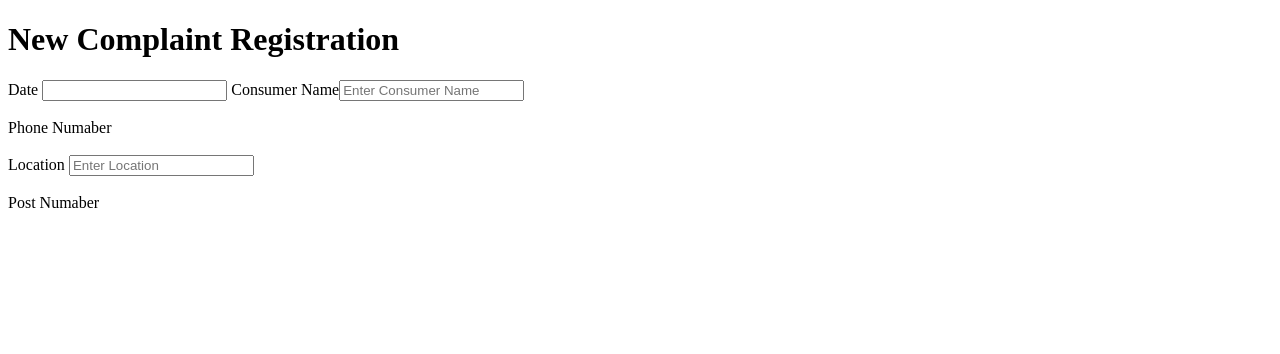
Repository: Jobinte/KSEB-PROJECT
Page: KSEB-complaint-management/WebContent/complaintRegistration.html
These files come from the project's save history. The page is drawn as it stood at one moment and after the next save; the edit follows.
The browser window is 1280 px wide. The pictures show the whole page.

Above is the page before, as saved 2023-11-22 02:59:00.
Not found: KSEB-complaint-management/WebContent/css/complaintReg.css

After the next save:
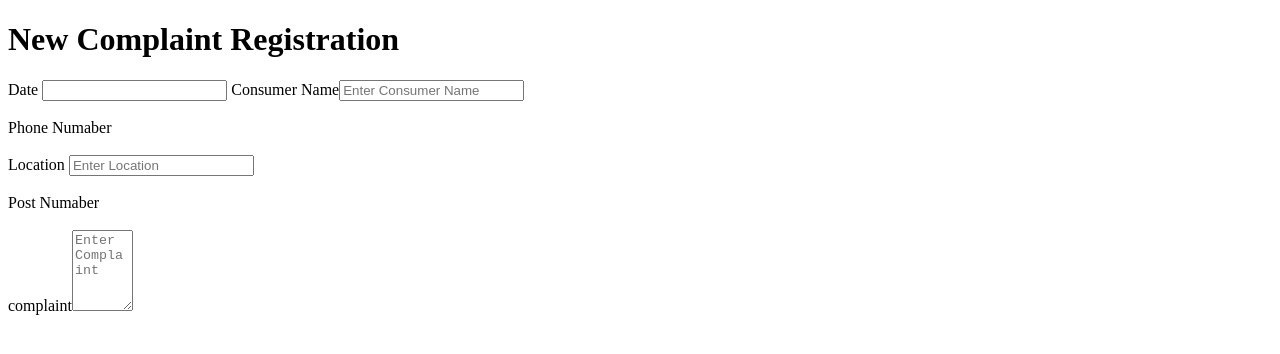
Saved 119 s later.
--- a/KSEB-complaint-management/WebContent/complaintRegistration.html
+++ b/KSEB-complaint-management/WebContent/complaintRegistration.html
@@ -19,3 +19,9 @@
 			Phone Numaber<inpu type="text" name="phone" placeholder="enter Phone Numaber " /> <br> <br>
 			Location <input type="text" name="location" placeholder="Enter Location " /> <br> <br>
 			Post Numaber<inpu type="text" name="post" placeholder="enter Post Numaber  " /> <br> <br>
+			complaint<textarea rows="5" cols="5" name="complaint" type="text" placeholder="Enter Complaint"></textarea>
+
+			</form>
+			</div>
+			</body>
+			</html>
